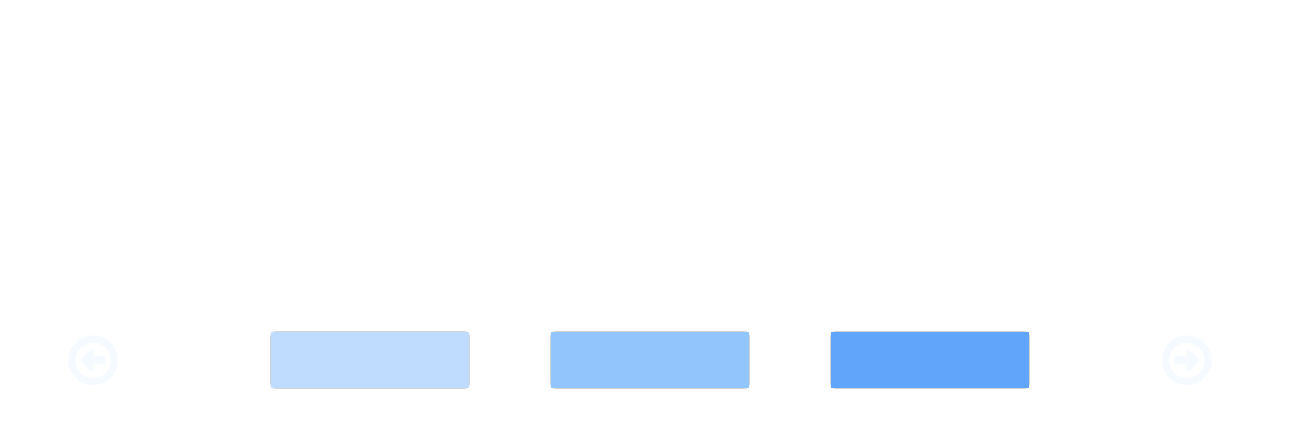
Repository: go23rishu/BagsWebsite
Page: bucketbagcarousel.html
An editor plug-in stored every save of this project. The page is shown before and after the next save, followed by the edit.
The browser window is 1280 px wide. The page is 1284 px wide, then 1309 px, so the pictures cover 1309 px, including what lies to the right of the window. The pictures show the whole page.
Some web fonts or font styles are not loaded; a fallback is used. Some web libraries are served in a nearby version.

Above is the page before, as saved 2023-06-21 14:17:37.

After the next save:
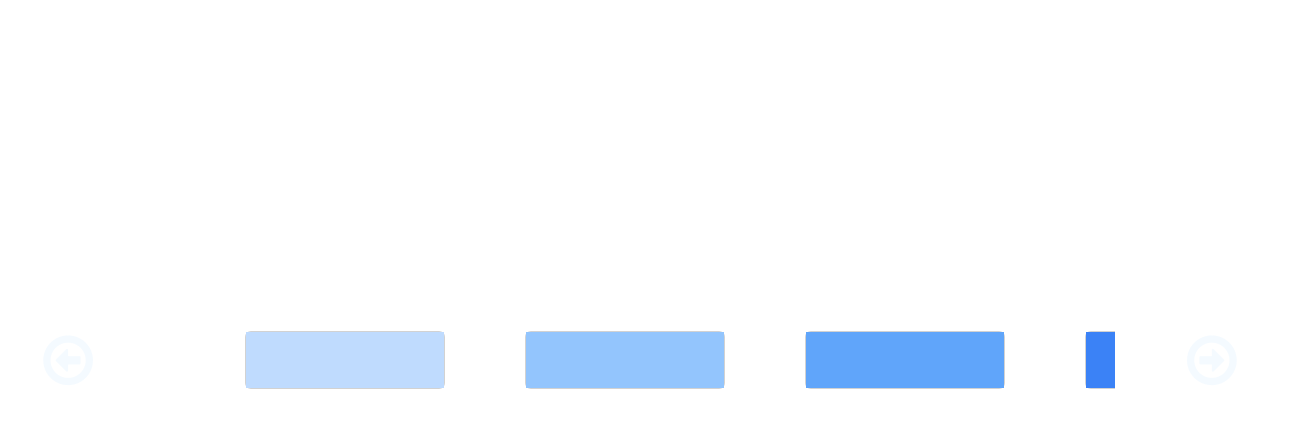
Saved 12 s later.
--- a/bucketbagcarousel.html
+++ b/bucketbagcarousel.html
@@ -31,7 +31,7 @@
         <button id="prev">
           <i class="fa fa-arrow-circle-o-left" aria-hidden="true"></i> </button>
       </div>
-      <div id="slider" class="w-[900px] flex overflow-hidden h-[300px]scroll-smooth">
+      <div id="slider" class="w-[950px] flex overflow-hidden h-[300px]scroll-smooth">
 
         <div id="slider-container" class="flex">
           <article class="card w-[200px] ml-20">
